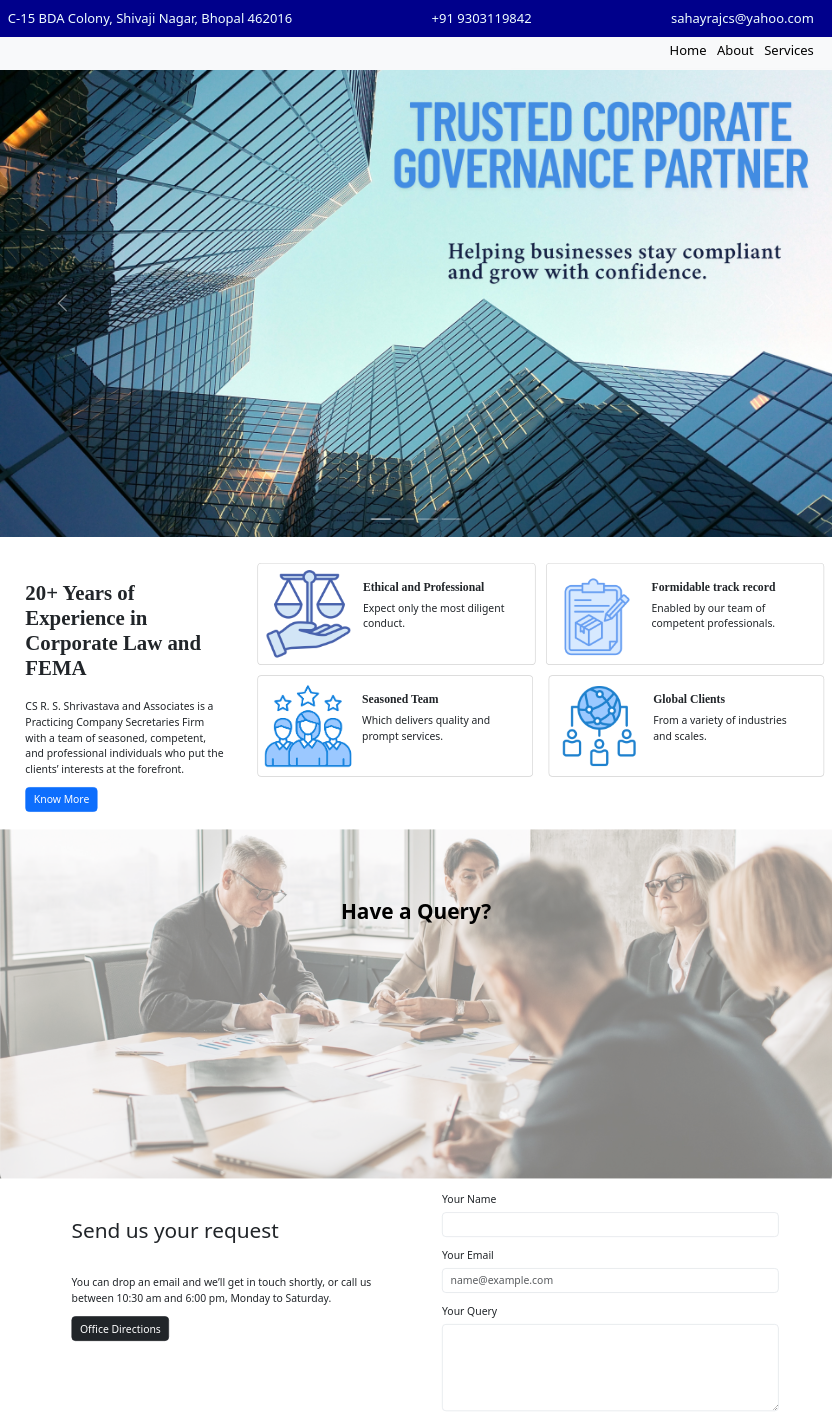
Repository: aayushiss/CS-RSS
Page: index.html
The author's editor kept a copy of each file at every save. The page is drawn from the files as they stood at one save, then again after the next save.
The browser window is 1280 px wide. The pictures show the whole page, at 65% of full size.

Above is the page before, as saved 2025-05-15 19:11:55.

### index.html
<!DOCTYPE html>
<html lang="en">

<head>
  <meta charset="UTF-8">
  <meta name="viewport" content="width=device-width, initial-scale=1.0">
  <title>R. S. Shrivastava</title>
  <link href="https://cdn.jsdelivr.net/npm/bootstrap@5.3.3/dist/css/bootstrap.min.css" rel="stylesheet"
    integrity="sha384-QWTKZyjpPEjISv5WaRU9OFeRpok6YctnYmDr5pNlyT2bRjXh0JMhjY6hW+ALEwIH" crossorigin="anonymous">
  <link rel="stylesheet" type="text/css" href="style.css">
</head>

<body>
  <nav class="navbar fixed-top custom-navbar">
    <div class="container-fluid d-flex justify-content-between">
      <a class="navbar-brand"
        href="https://www.google.com/maps/place/R+S+SHRIVASTAVA+%26+ASSOCIATES/@23.2288499,77.4244091,17z/data=!3m1!4b1!4m6!3m5!1s0x397c425fada83073:0xcb1e8ba90a487f4e!8m2!3d23.228845!4d77.426984!16s%2Fg%2F1td0r8v9?entry=ttu&g_ep=EgoyMDI1MDUxMi4wIKXMDSoASAFQAw%3D%3D"
        target="_blank">C-15 BDA Colony, Shivaji Nagar, Bhopal 462016</a>
      <a class="navbar-brand" href="" tel:+919303119842"">+91 9303119842</a>
      <a class="navbar-brand" href="mailto:sahayrajcs@yahoo.com">sahayrajcs@yahoo.com</a>
    </div>
  </nav>
  <div class="navbar-space"></div>

  <nav class="navbar sticky-top second-navbar bg-light">
    <div class="container-fluid d-flex justify-content-end">
      <a class="navbar-brand" href="#">Home</a>
      <a class="navbar-brand" href="about.html">About</a>
      <a class="navbar-brand" href="#">Services</a>
    </div>
  </nav>

  <!-- <div class="card text-bg-dark custom-card">
        <img src="images/haveAQuery.avif" class="card-img" alt="...">
        <div class="card-img-overlay">
          <h5 class="card-title">Have a Query?</h5>
          <p class="card-text">This is a wider card with supporting text below as a natural lead-in to additional content. This content is a little bit longer.</p>
          <p class="card-text"><small>Last updated 3 mins ago</small></p>
        </div>
      </div> -->

  <div id="carouselExampleCaptions" class="carousel slide">
    <div class="carousel-indicators">
      <button type="button" data-bs-target="#carouselExampleCaptions" data-bs-slide-to="0" class="active"
        aria-current="true" aria-label="Slide 1"></button>
      <button type="button" data-bs-target="#carouselExampleCaptions" data-bs-slide-to="1"
        aria-label="Slide 2"></button>
      <button type="button" data-bs-target="#carouselExampleCaptions" data-bs-slide-to="2"
        aria-label="Slide 3"></button>
      <button type="button" data-bs-target="#carouselExampleCaptions" data-bs-slide-to="3"
        aria-label="Slide 4"></button>
    </div>
    <div class="carousel-inner">
      <div class="carousel-item active">
        <img src="images/Trusted corporate governance partner.png" class="d-block w-100" alt="...">
        <div class="carousel-caption d-none d-md-block">
          <!-- <h5>First slide label</h5>
              <p>Some representative placeholder content for the first slide.</p> -->
        </div>
      </div>
      <div class="carousel-item">
        <img src="images/LegalConsultancy.png" class="d-block w-100" alt="...">
      </div>
      <div class="carousel-item">
        <img src="images/companyIncorporation.png" class="d-block w-100" alt="...">
      </div>
      <div class="carousel-item">
        <img src="images/annualFilingReturn.png" class="d-block w-100" alt="...">
      </div>
    </div>
    <button class="carousel-control-prev" type="button" data-bs-target="#carouselExampleCaptions" data-bs-slide="prev">
      <span class="carousel-control-prev-icon" aria-hidden="true"></span>
      <span class="visually-hidden">Previous</span>
    </button>
    <button class="carousel-control-next" type="button" data-bs-target="#carouselExampleCaptions" data-bs-slide="next">
      <span class="carousel-control-next-icon" aria-hidden="true"></span>
      <span class="visually-hidden">Next</span>
    </button>
  </div>
  <div class="container-fluid" style="margin-top: 40px;">

    <div class="row">
      <div class="col-auto" style="width: 30vw;">
        <div class="card" style="border-color: white;">
          <div class="card-body">
            <h5 class="card-title">20+ Years of
              Experience in Corporate Law and FEMA</h5>
            <p class="card-text" style="padding-top: 20px">CS R. S. Shrivastava and Associates is a Practicing Company
              Secretaries Firm with a team of seasoned, competent, and professional individuals who put the clients’
              interests at the forefront.</p>
            <a href="about.html" class="btn btn-primary">Know More</a>
          </div>
        </div>
      </div>
      <div class="col">
        <div class="row row-cols-2 g-3">
          <div class="col">
            <div class="card mb-3">
              <div class="row g-0">
                <div class="col-md-4">
                  <img src="images/8629542.png" class="img-fluid rounded-start" alt="...">
                </div>
                <div class="col-md-8">
                  <div class="card-body">
                    <h5 class="card-title">Ethical and Professional</h5>
                    <p class="card-text">Expect only the most diligent conduct.</p>
                  </div>
                </div>
              </div>
            </div>
          </div>
          <div class="col">
            <div class="card mb-3">
              <div class="row g-0">
                <div class="col-md-4">
                  <img src="images/16919209.png" class="img-fluid rounded-start" alt="...">
                </div>
                <div class="col-md-8">
                  <div class="card-body">
                    <h5 class="card-title">Formidable track record</h5>
                    <p class="card-text">Enabled by our team of competent professionals.</p>
                  </div>
                </div>
              </div>
            </div>
          </div>
        </div>
        <div class="row">
          <div class="col">
            <div class="card mb-3">
              <div class="row g-0">
                <div class="col-md-4">
                  <img src="images/images.png" class="img-fluid rounded-start" alt="...">
                </div>
                <div class="col-md-8">
                  <div class="card-body">
                    <h5 class="card-title">Seasoned Team
                    </h5>
                    <p class="card-text">Which delivers quality and prompt services.</p>
                  </div>
                </div>
              </div>
            </div>
          </div>
          <div class="col">
            <div class="card mb-3">
              <div class="row g-0">
                <div class="col-md-4">
                  <img src="images/11743537.png" class="img-fluid rounded-start" alt="...">
                </div>
                <div class="col-md-8">
                  <div class="card-body">
                    <h5 class="card-title">Global Clients
                    </h5>
                    <p class="card-text">From a variety of industries and scales.</p>
                  </div>
                </div>
              </div>
            </div>
          </div>
        </div>
      </div>
    </div>
  </div>

  <div class="position-relative text-center">
    <img src="images/haveAQuery.jpg" class="img-fluid" alt="..." style="opacity: .5;">
    <h2 class="position-absolute start-50 translate-middle-x text-black fw-bold" style="top: 20%;">
      Have a Query?
    </h2>
  </div>

  <div class="container-md" style="margin-top: 20px;">
    <div class="row">
      <div class="col" style="padding: 40px;">
        <h2>Send us your request</h2>
        <p style="margin-top: 50px;">
          You can drop an email and we’ll get in touch shortly, or call us between 10:30 am and 6:00 pm, Monday to
          Saturday.
        </p>
        <div class="btn btn-dark">
          <a href="https://www.google.com/maps/place/R+S+SHRIVASTAVA+%26+ASSOCIATES/@23.2288499,77.4244091,17z/data=!3m1!4b1!4m6!3m5!1s0x397c425fada83073:0xcb1e8ba90a487f4e!8m2!3d23.228845!4d77.426984!16s%2Fg%2F1td0r8v9?entry=ttu&g_ep=EgoyMDI1MDUxMi4wIKXMDSoASAFQAw%3D%3D"
            style="color: white; text-decoration: none; padding-top: 20px;" target="_blank">Office Directions</a>
        </div>
      </div>
      <div class="col">
        <div class="mb-3">
          <label for="formControlInput1" class="form-label">Your Name</label>
          <input class="form-control" id="ƒormControlInput1">
        </div>
        <div class="mb-3">
          <label for="formControlTextarea1" class="form-label">Your Email</label>
          <input type="email" class="form-control" id="formControlInput1" placeholder="name@example.com">
        </div>
        <div class="mb-3">
          <label for="formControlTextarea2" class="form-label">Your Query</label>
          <textarea class="form-control" id="exampleFormControlTextarea1" rows="5"></textarea>
        </div>

        </div>
      </div>
    </div>
  </div>

  <script src="https://cdn.jsdelivr.net/npm/bootstrap@5.3.3/dist/js/bootstrap.bundle.min.js"
    integrity="sha384-YvpcrYf0tY3lHB60NNkmXc5s9fDVZLESaAA55NDzOxhy9GkcIdslK1eN7N6jIeHz"
    crossorigin="anonymous"></script>
</body>

</html>

### style.css
.custom-navbar {
    background-color: darkblue;
}

.custom-navbar .navbar-brand {
    color: azure;
}

.navbar-space {
    margin-top: 50px;
}

.second-navbar .navbar-brand{
    color: black;
}

.custom-card{
    height: 25vh;
}

.custom-card .card-img{
    height: 100%;
    object-fit: cover;
}

.container-fluid .card{
    padding: 10px;
}
.container-fluid .card-title{
font-family: 'Times New Roman', Times, serif;
font-weight: bold;
font-size: xx-large;
}

.container-fluid .col-md-8 .card-title{
font-family: 'Times New Roman', Times, serif;
font-size: large;
}

After the next save:
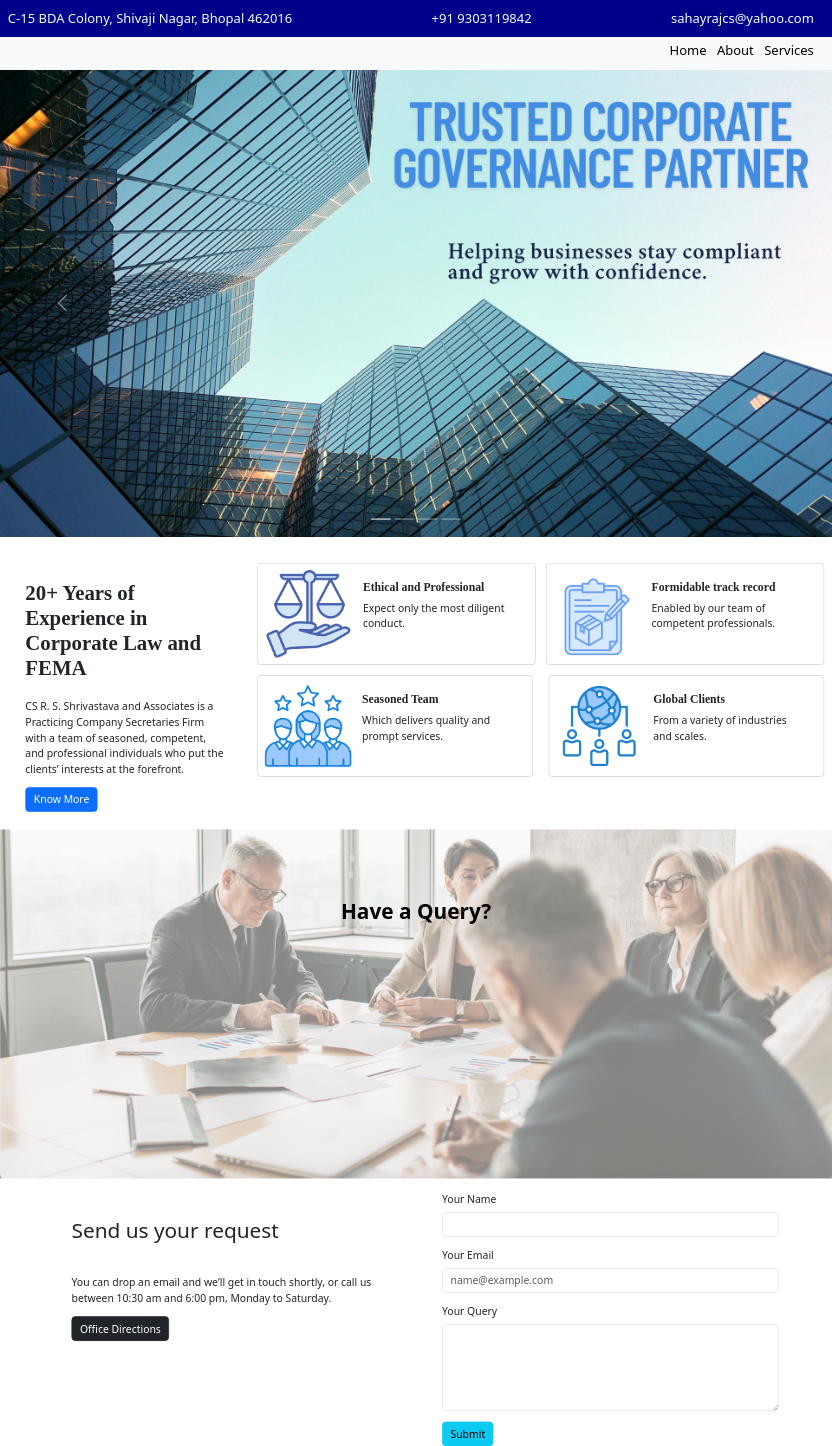
Saved 90 s later.
--- a/index.html
+++ b/index.html
@@ -196,6 +196,7 @@
           <label for="formControlTextarea2" class="form-label">Your Query</label>
           <textarea class="form-control" id="exampleFormControlTextarea1" rows="5"></textarea>
         </div>
+        <div class="btn btn-info">Submit</div>
 
         </div>
       </div>
